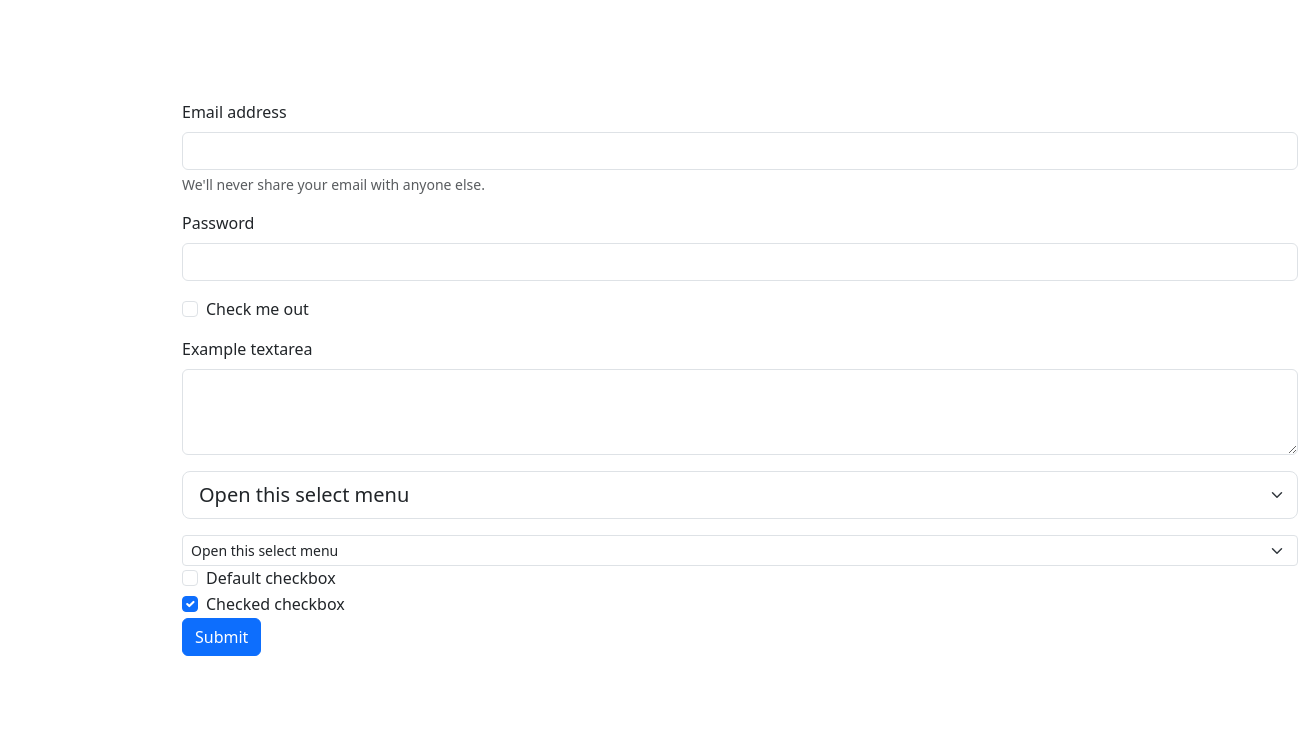
Repository: lemoueno/programme_dev_fullstack
Page: bootstrap/form/form.html
These files come from the project's save history. The page is drawn as it stood at one moment and after the next save; the edit follows.
The browser window is 1280 px wide. The page is 1310 px wide, so the pictures cover 1310 px, including what lies to the right of the window. The pictures show the whole page.

Above is the page before, as saved 2023-12-03 17:12:48.

After the next save:
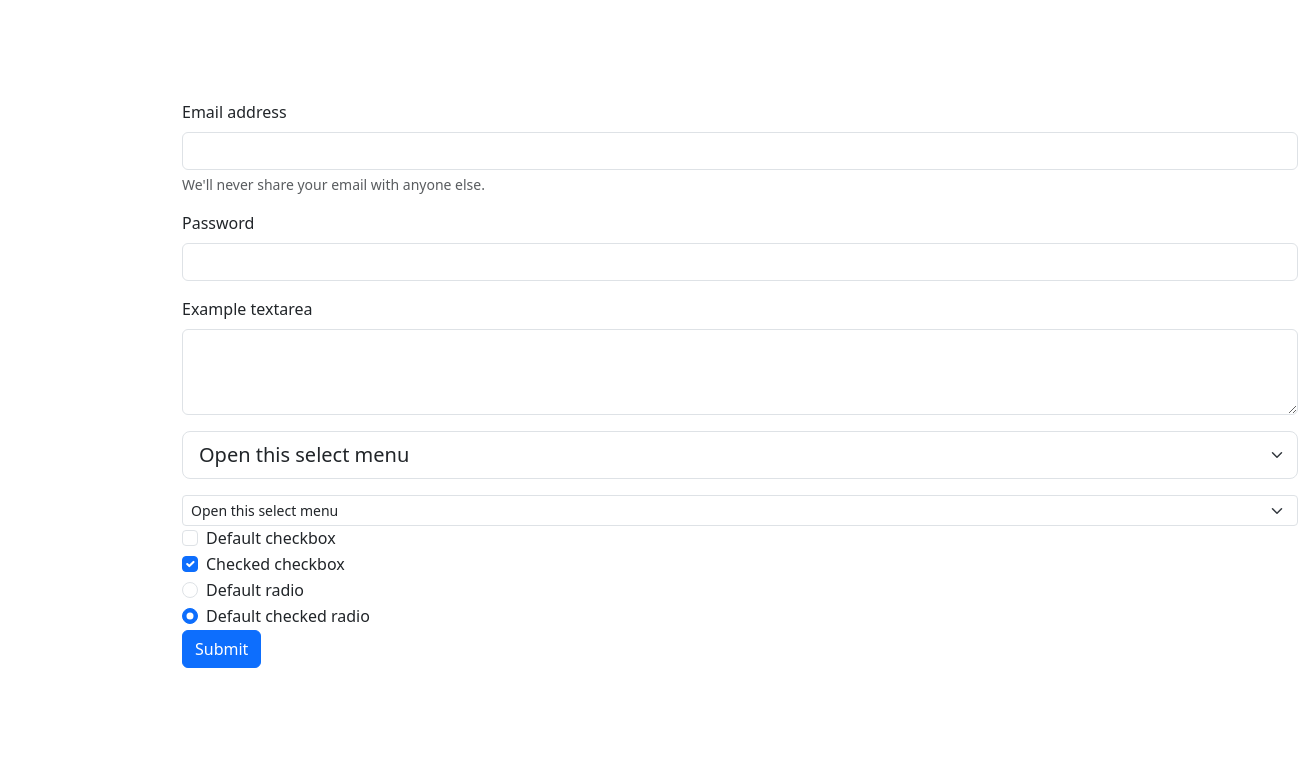
Saved 4 min 9 s later.
--- a/bootstrap/form/form.html
+++ b/bootstrap/form/form.html
@@ -18,10 +18,6 @@
                 <div class="mb-3">
                   <label for="exampleInputPassword1" class="form-label">Password</label>
                   <input type="password" class="form-control" id="exampleInputPassword1">
-                </div>
-                <div class="mb-3 form-check">
-                  <input type="checkbox" class="form-check-input" id="exampleCheck1">
-                  <label class="form-check-label" for="exampleCheck1">Check me out</label>
                 </div>
                 <div class="mb-3">
                     <label for="exampleFormControlTextarea1" class="form-label">Example textarea</label>
@@ -52,6 +48,18 @@
                       Checked checkbox
                     </label>
                   </div>
+                  <div class="form-check">
+                    <input class="form-check-input" type="radio" name="flexRadioDefault" id="flexRadioDefault1">
+                    <label class="form-check-label" for="flexRadioDefault1">
+                      Default radio
+                    </label>
+                  </div>
+                  <div class="form-check">
+                    <input class="form-check-input" type="radio" name="flexRadioDefault" id="flexRadioDefault2" checked>
+                    <label class="form-check-label" for="flexRadioDefault2">
+                      Default checked radio
+                    </label>
+                  </div>
                 <button type="submit" class="btn btn-primary">Submit</button>
               </form>
         </div>
